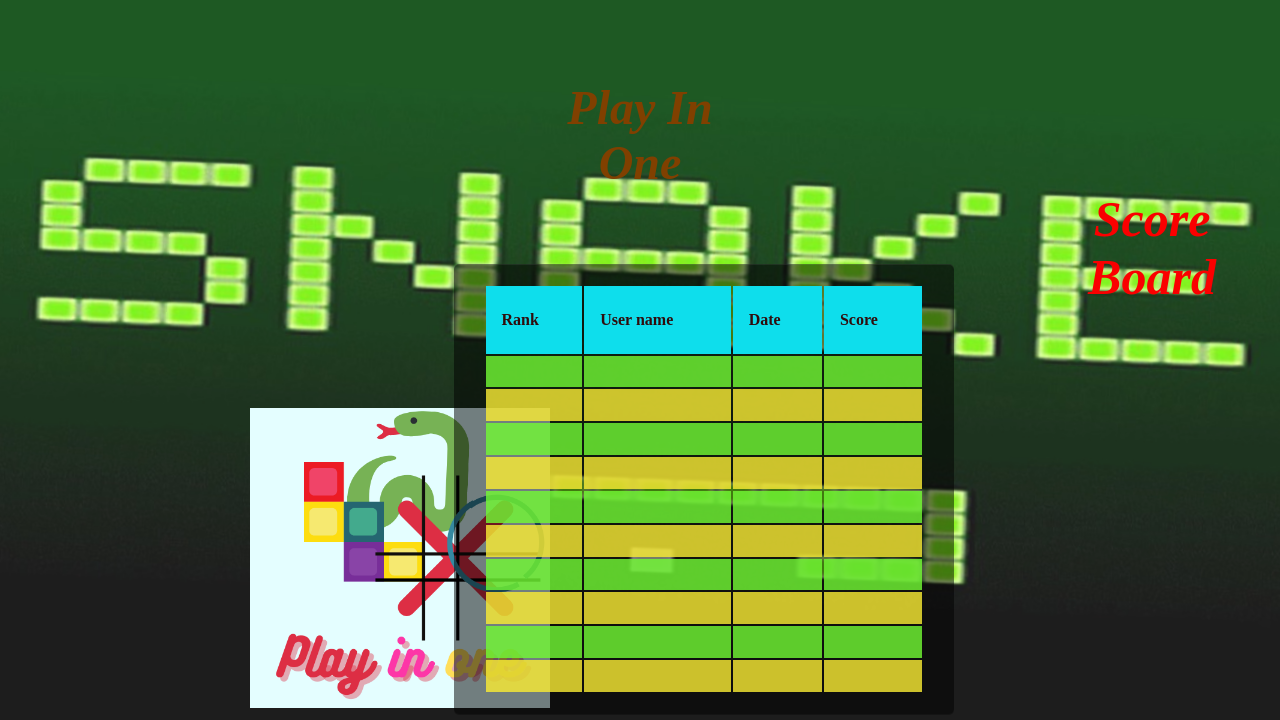
Repository: Syeda-Somiya-Tasnim/Game-Develepment-Project
Page: hs-snake.html
These files come from the project's save history. The page is drawn as it stood at one moment and after the next save; the edit follows.
The browser window is 1280 px wide. The pictures show the whole page.

Above is the page before, as saved 2020-10-26 13:15:30.

### hs-snake.html
<!DOCTYPE html>
<head>
<meta charset="ISO-8859-1">
<title>play in one gaming website</title>
<link href="hs-snake.css" rel="stylesheet" type="text/css">

</head>
<body>

	<div class="main_div">

  <h1><font size="70" color="#804000">Play In One</font></h1>

	<h2>Score Board</h2><br>
  </div>

<div class="contenido">
    <div class="container">
    <div class="box">
        <div class="image">
            <img src="images/Play In One.png">
        </div>

<div class="form">
<ul class="backgroundslider">
	<li></li>
	<li></li>
	<li></li>
  </ul>

<form action="login.py" method="POST">
<div>

<form action="#">

    <main>

	<table class="login">

        <tr>
          <th>Rank</th>
          <th>User name</th>
          <th>Date</th>
          <th>Score</th>
        </tr>

        <tr>
          <td></td>
          <td></td>
          <td></td>
          <td></td>
        </tr>
        <tr>
          <td></td>
          <td></td>
          <td></td>
          <td></td>
        </tr>
        <tr>
          <td></td>
          <td></td>
          <td></td>
          <td></td>
        </tr>
        <tr>
          <td></td>
          <td></td>
          <td></td>
          <td></td>
        </tr>
        <tr>
          <td></td>
          <td></td>
          <td></td>
          <td></td>
        </tr>
        <tr>
          <td></td>
          <td></td>
          <td></td>
          <td></td>
        </tr>
        <tr>
          <td></td>
          <td></td>
          <td></td>
          <td></td>
        </tr>
        <tr>
          <td></td>
          <td></td>
          <td></td>
          <td></td>
        </tr>
        <tr>
          <td></td>
          <td></td>
          <td></td>
          <td></td>
        </tr>
        <tr>
          <td></td>
          <td></td>
          <td></td>
          <td></td>
        </tr>

      </table>
    </main>
</form>
</div>
</div>

</div>

</body>
</html>

### hs-snake.css
@CHARSET "ISO-8859-1";
* {
	margin:0px;
	padding:0px;
}
h2{
	text-align: center;
	left: 80%;
	margin: 0px auto;
	color:rgb(250, 0, 0);
	font-size:50px;
	border-radius: 5px;
	position: absolute;
	top: 10;
}
.login {

	width: 500px;
	height: 450px;
	position: relative;
	top: 70px;
	right: 70%;
	margin: -184px 0px 0px -155px;
	background: rgba(0,0,0,0.5);
	padding: 20px 30px;
	border-radius: 5px;
	box-shadow: 0px 1px 0px rgba(0,0,0,0.3),inset 0px 1px 0px rgba(255,255,255,0.07)
  }
main {
    display: flex;
	justify-content: center;
	left: 20%;
  }

  table {
    max-width: 150%;
  }

  tr:nth-child(odd) {
	background-color: rgba(250, 237, 53, 0.808);
	color: rgb(0, 0, 0);
  }
  tr:nth-child(even) {
	background-color: rgba(115, 250, 53, 0.808);
	color: rgb(48, 13, 13);
  }

  th {
    background-color: rgb(14, 222, 236);
    color: rgb(48, 13, 13);
  }

  th,
  td {
    text-align: left;
    padding: 0.5em 1em;
  }
		{
			position: relative;
			width: 100%;
			height: 600%;
		}
		.container .box
		{
			position: relative;
			width: 100%;
			height: 300px;
			display: flex;
			justify-content: last baseline;
			align-items:left;
			top: 170px;
		}
		.container .box .image
		{
			position: relative;


        }
        .container .box .image img
		{
			position: relative;
            width: 300px;
            top: 10%;
            right: 100%;

		}
.main_div{
	text-align:center;
	color:#804000;
	font-size:-120px;
	margin-top:-120px;
	position:top;
	font-style: italic;

}

body{

padding:200px;
padding-left:550px;
padding-right:550px;
 -webkit-background-size: cover;
  -moz-background-size: cover;
  -o-background-size: cover;
  background-size: cover;
  color: #e7e7e7;

}





.contenido {
	width:100%;
	height:200px;
}
.backgroundslider {
	width:100%;
	height:100%;
	position:fixed;
	top:0px;
	left:0px;
	z-index:-1;
}
.backgroundslider li {
	position:absolute;
	width:100%;
	height:100%;
	background-position:center center;
	background-repeat:no-repeat;
	background-size:cover;
	opacity:0;
	animation:imagenes 18s linear infinite;
	-moz-animation:imagenes 18s linear infinite;
	-ms-animation:imagenes 18s linear infinite;
	-o-animation:imagenes 18s linear infinite;
	-webkit-animation:imagenes 18s linear infinite;
}
.backgroundslider li:nth-child(1) {
	background-image:url(images/SNALE.jpeg);
}
.backgroundslider li:nth-child(2) {
	background-image:url(images/TETRIS.jpeg);
	animation-delay:6s;
	-moz-animation-delay:6s;
	-ms-animation-delay:6s;
	-o-animation-delay:6s;
	-webkit-animation-delay:6s;
}
.backgroundslider li:nth-child(3) {
	background-image:url(images/TICTAC.jpeg);
	animation-delay:12s;
	-moz-animation-delay:12s;
	-ms-animation-delay:12s;
	-o-animation-delay:12s;
	-webkit-animation-delay:12s;
}
@keyframes imagenes {
	0% { opacity:0; animation-timing-function:ease-in; }
	10% { opacity:1; animation-timing-function:ease-out; }
	25% { opacity:1; transform:scale(1); }
	50% { opacity:0; transform:scale(2) rotate(20deg); }
	100% { opacity:0; }
}
@-moz-keyframes imagenes {
	0% { opacity:0; animation-timing-function:ease-in; }
	10% { opacity:1; animation-timing-function:ease-out; }
	25% { opacity:1; transform:scale(1); }
	50% { opacity:0; transform:scale(2) rotate(20deg); }
	100% { opacity:0; }
}
@-o-keyframes imagenes {
	0% { opacity:0; animation-timing-function:ease-in; }
	10% { opacity:1; animation-timing-function:ease-out; }
	25% { opacity:1; transform:scale(1); }
	50% { opacity:0; transform:scale(2) rotate(20deg); }
	100% { opacity:0; }
}
@-ms-keyframes imagenes {
	0% { opacity:0; animation-timing-function:ease-in; }
	10% { opacity:1; animation-timing-function:ease-out; }
	25% { opacity:1; transform:scale(1); }
	50% { opacity:0; transform:scale(2) rotate(20deg); }
	100% { opacity:0; }
}
@-webkit-keyframes imagenes {
	0% { opacity:0; animation-timing-function:ease-in; }
	10% { opacity:1; animation-timing-function:ease-out; }
	25% { opacity:1; transform:scale(1); }
	50% { opacity:0; transform:scale(2) rotate(20deg); }
	100% { opacity:0; }
}

}

After the next save:
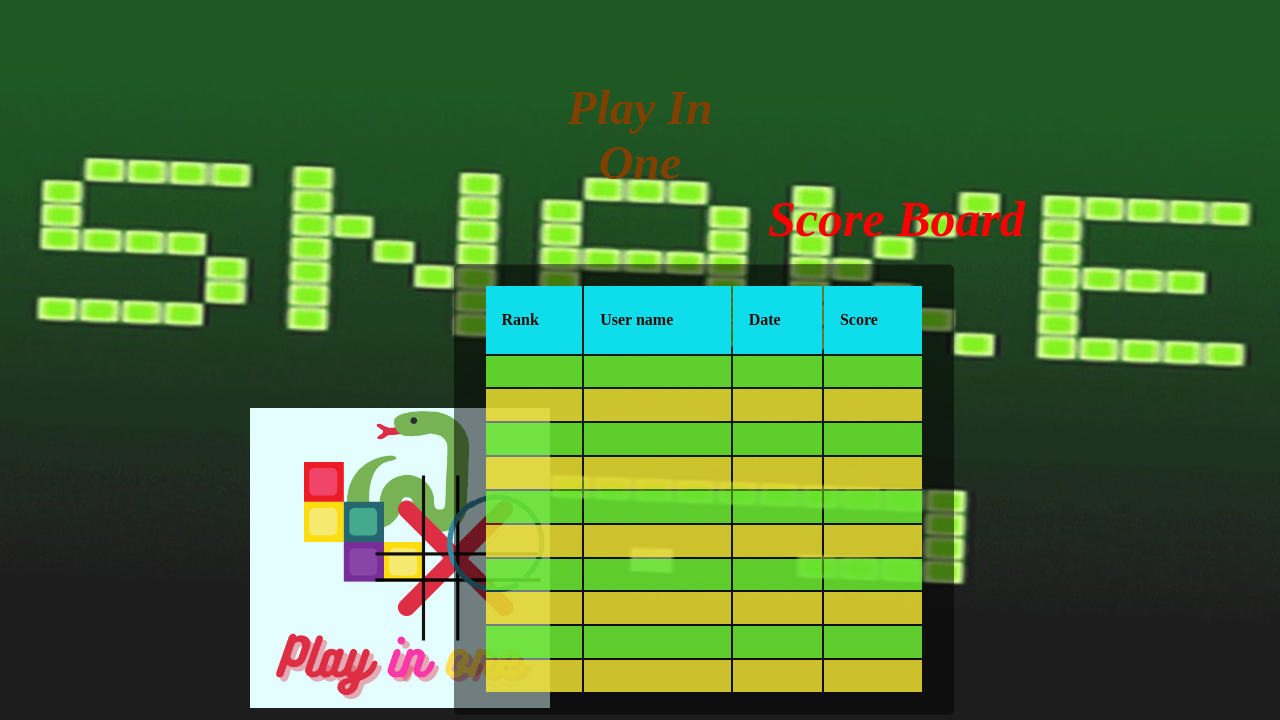
Saved 14 s later.
--- a/hs-snake.css
+++ b/hs-snake.css
@@ -5,7 +5,7 @@
 }
 h2{
 	text-align: center;
-	left: 80%;
+	left: 60%;
 	margin: 0px auto;
 	color:rgb(250, 0, 0);
 	font-size:50px;
